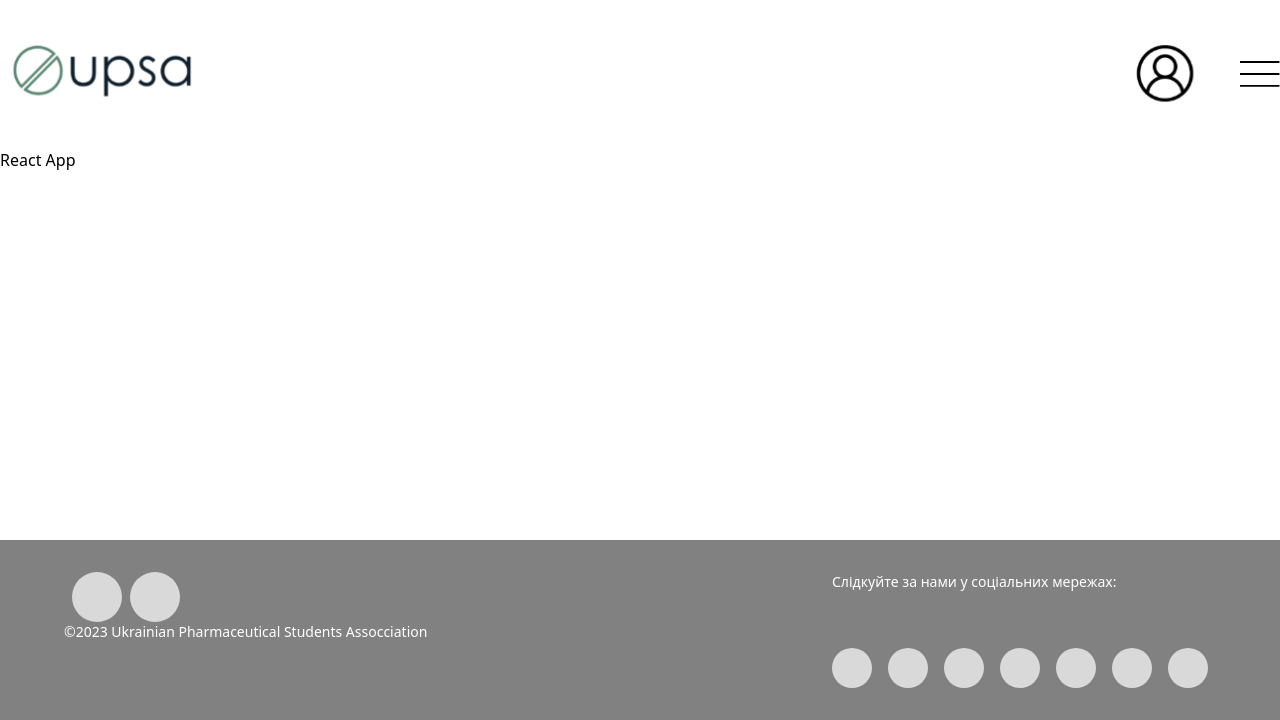
Repository: Alina-Khmilevska/UPSA-React
Page: /
The author's editor kept a copy of each file at every save. The page is drawn from the files as they stood at one save, then again after the next save.
The browser window is 1280 px wide. The pictures show the whole page.
The project was rebuilt for these pictures with package versions that can differ from the ones it lists, and the page was loaded fresh each time. Also part of the build but not shown: src/components/header/menu/burgermenu/Menu.css.

Above is the page before, as saved 2023-09-26 16:35:58.

After the next save:
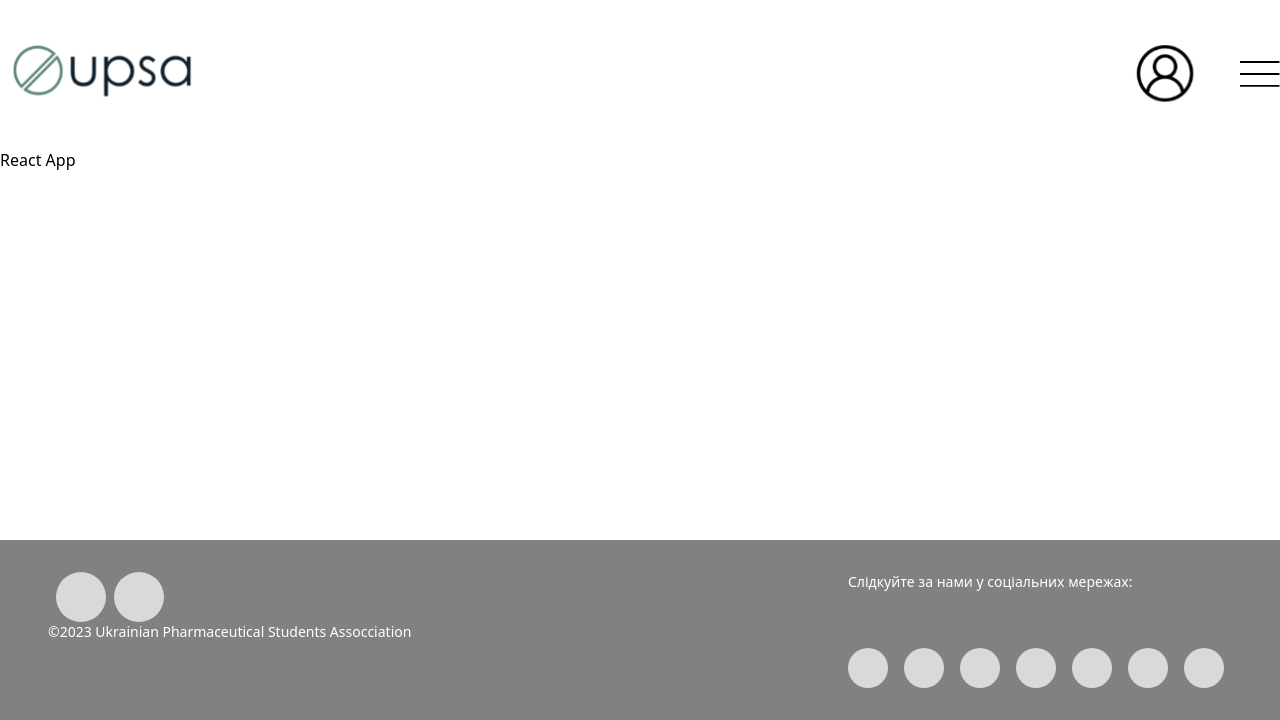
Saved 7 s later.
--- a/src/components/footer/Footer.jsx
+++ b/src/components/footer/Footer.jsx
@@ -4,7 +4,7 @@
 
 const Footer = () => {
     return (
-        <footer className="upsa-bg-grey text-white py-8 px-16">
+        <footer className="upsa-bg-grey text-white py-8 px-12">
             <div className="flex flex-row justify-between">
                 <div className="flex flex-col justify-start">
                     <LanguageIcons />
